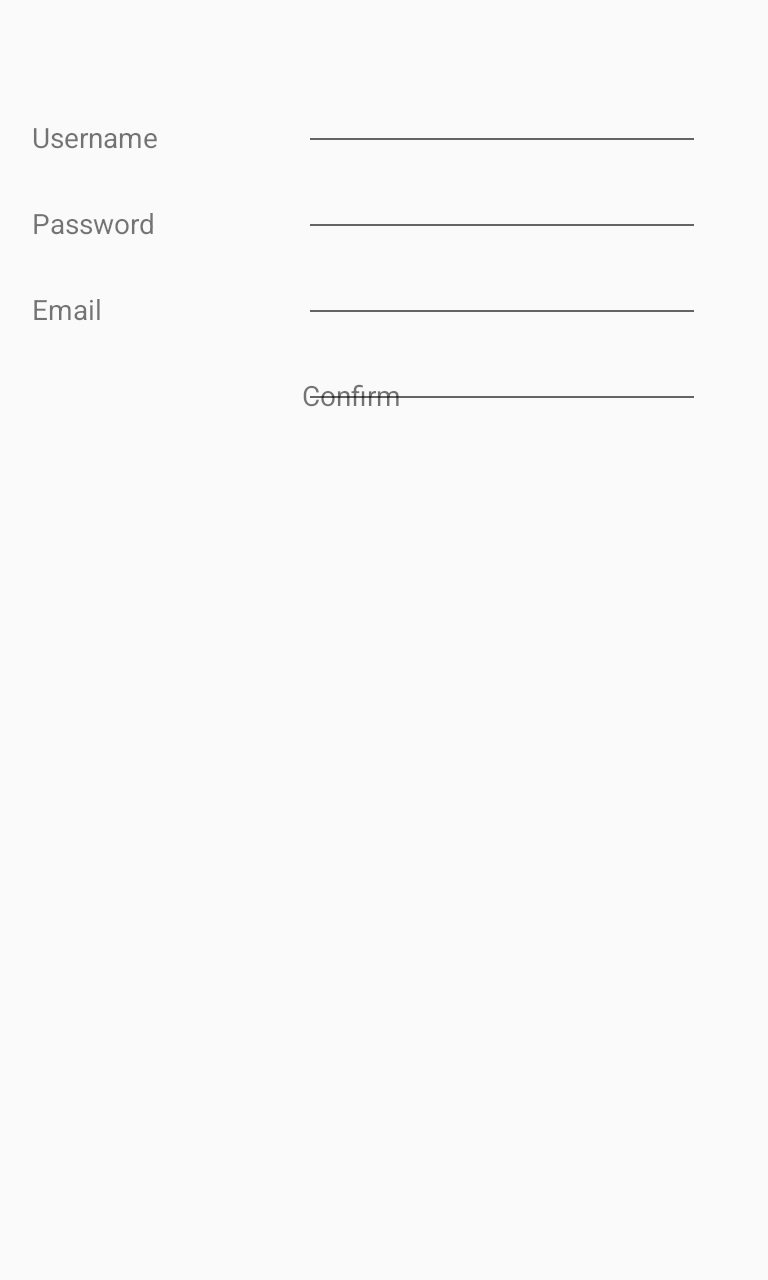
Repository: zerox2012/Fall2014Android
Layout: FishingBuddy/res/layout/activity_new_user.xml
These files come from the project's save history. The layout is drawn as it stood at one moment and after the next save; the edit follows.
It is drawn on a 768 x 1280 px phone screen (xhdpi) without system bars, with theme AppTheme; the app's code is not run.

Above is the layout before, as saved 2014-10-20 19:25:23.

### FishingBuddy/res/layout/activity_new_user.xml
<RelativeLayout xmlns:android="http://schemas.android.com/apk/res/android"
    xmlns:tools="http://schemas.android.com/tools"
    android:layout_width="match_parent"
    android:layout_height="match_parent"
    android:paddingBottom="@dimen/activity_vertical_margin"
    android:paddingLeft="@dimen/activity_horizontal_margin"
    android:paddingRight="@dimen/activity_horizontal_margin"
    android:paddingTop="@dimen/activity_vertical_margin"
    tools:context="usf.fall2014.android.fishingbuddy.NewUser" >

    <TextView
        android:id="@+id/label_userName"
        android:layout_width="wrap_content"
        android:layout_height="wrap_content"
        android:layout_alignParentLeft="true"
        android:layout_alignParentTop="true"
        android:layout_marginTop="43dp"
        android:text="@string/user_name" />
	<EditText
        android:id="@+id/new_username"
        android:layout_width="200dp"
        android:layout_height="wrap_content"
        android:layout_alignBottom="@+id/label_userName"
        android:layout_alignParentRight="true"
        android:layout_marginRight="17dp"
        android:ems="10"
        android:inputType="text" />

    <TextView
        android:id="@+id/label_password"
        android:layout_width="wrap_content"
        android:layout_height="wrap_content"
        android:layout_alignLeft="@+id/label_userName"
        android:layout_below="@+id/new_username"
        android:layout_marginTop="24dp"
        android:text="@string/password" />
    <EditText
        android:id="@+id/new_password"
        android:layout_width="200dp"
        android:layout_height="wrap_content"
        android:layout_alignBottom="@+id/label_password"
        android:layout_alignLeft="@+id/new_username"
        android:ems="10"
        android:inputType="textPassword" />

     <TextView
        android:id="@+id/label_email"
        android:layout_width="wrap_content"
        android:layout_height="wrap_content"
        android:layout_alignLeft="@+id/label_userName"
        android:layout_below="@+id/new_password"
        android:layout_marginTop="24dp"
        android:text="@string/label_email" />

    <EditText
        android:id="@+id/new_email1"
        android:layout_width="200dp"
        android:layout_height="wrap_content"
        android:layout_alignBottom="@+id/label_email"
        android:layout_alignLeft="@+id/new_username"
        android:ems="10"
        android:inputType="textEmailAddress" />

    <TextView
        android:id="@+id/label_confirm_email"
        android:layout_width="wrap_content"
        android:layout_height="wrap_content"
        android:layout_alignLeft="@+id/new_email1"
        android:layout_below="@+id/new_email1"
        android:layout_marginTop="24dp"
        android:text="@string/label_confirm_email" />
    <EditText
        android:id="@+id/new_email2"
        android:layout_width="200dp"
        android:layout_height="wrap_content"
        android:layout_alignBottom="@+id/label_confirm_email"
        android:layout_alignLeft="@+id/new_username"
        android:ems="10"
        android:inputType="textEmailAddress" />

</RelativeLayout>

### FishingBuddy/res/values/strings.xml
<?xml version="1.0" encoding="utf-8"?>
<resources>

    <string name="app_name">FishingBuddy</string>
    <string name="hello_world">Hello world!</string>
    <string name="action_settings">Settings</string>
    <string name="title_activity_main_menu">MainMenu</string>
    <string name="title_activity_gallery">Gallery</string>
    <string name="title_activity_message">Message</string>
    <string name="title_activity_new_user">NewUser</string>
    <string name="title_activity_forgot_password">ForgotPassword</string>
    <string name="title_activity_map">Map</string>
    <string name="user_name">Username</string>
    <string name="password">Password</string>
    <string name="button_login">Login</string>
    <string name="new_user">New User</string>
    <string name="forgot_password">Forgot Password</string>
    <string name="remember_me">remember me</string>
    <string name="label_email">Email</string>
    <string name="label_confirm_email">Confirm</string>

</resources>

Loaded but not shown: FishingBuddy/res/values/styles.xml (common file); FishingBuddy/res/values-v11/styles.xml (common file); FishingBuddy/res/values-v14/styles.xml (common file); FishingBuddy/res/values/dimens.xml (common file); FishingBuddy/res/values-w820dp/dimens.xml (common file)

After the next save:
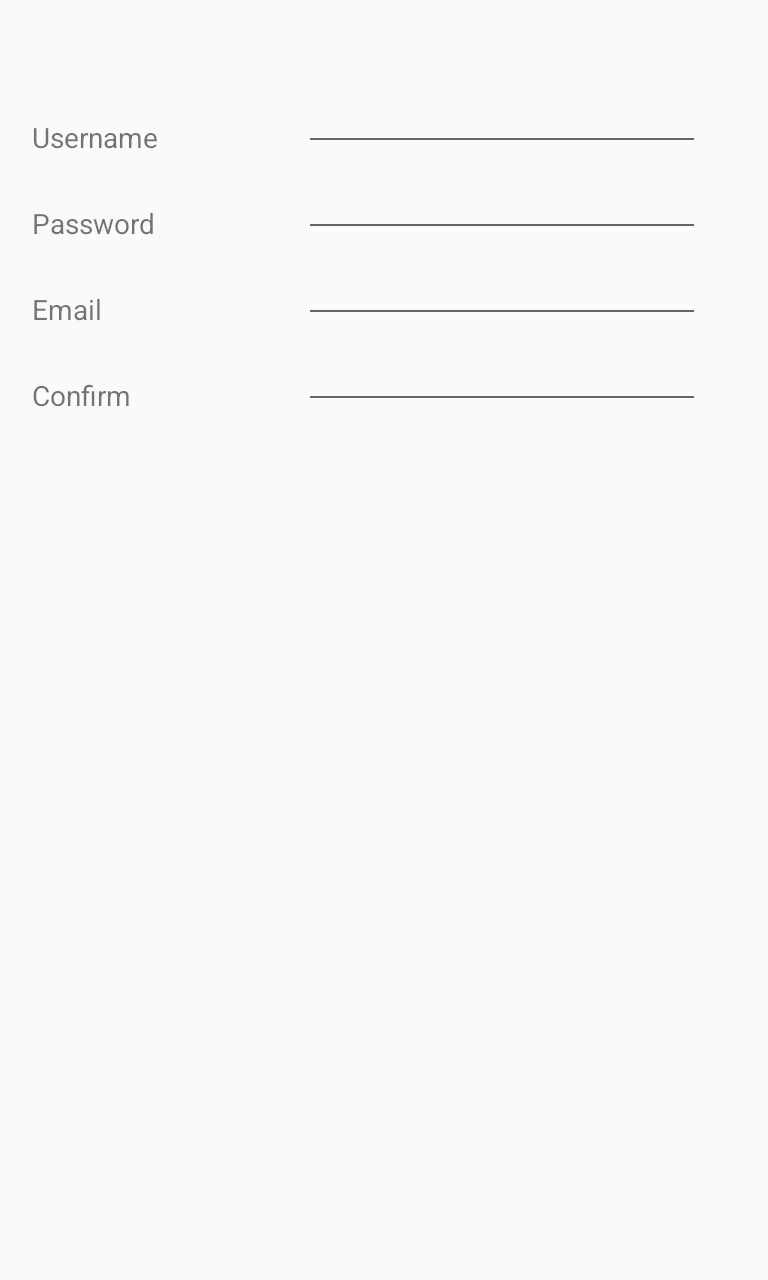
Saved 24 s later.
--- a/FishingBuddy/res/layout/activity_new_user.xml
+++ b/FishingBuddy/res/layout/activity_new_user.xml
@@ -65,7 +65,7 @@
         android:id="@+id/label_confirm_email"
         android:layout_width="wrap_content"
         android:layout_height="wrap_content"
-        android:layout_alignLeft="@+id/new_email1"
+        android:layout_alignLeft="@+id/label_userName"
         android:layout_below="@+id/new_email1"
         android:layout_marginTop="24dp"
         android:text="@string/label_confirm_email" />
